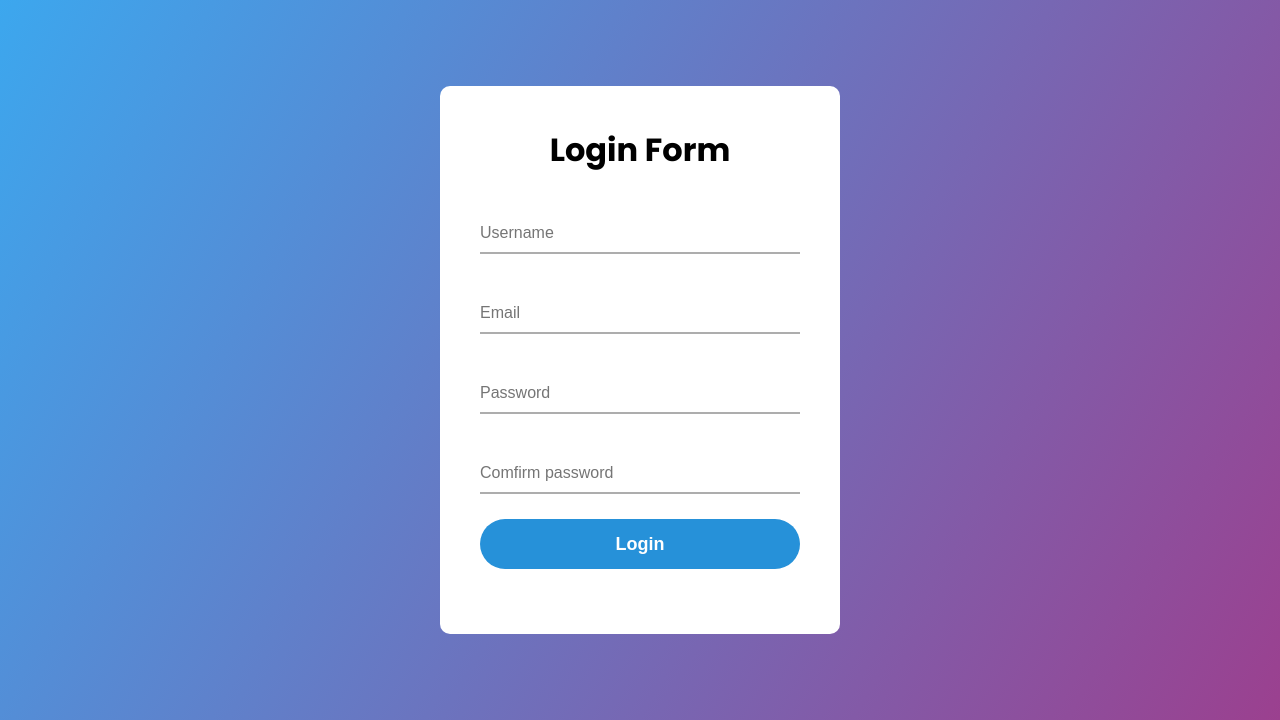
Repository: QUANGTHAI2003/Form-Validation
Page: index.html
An editor plug-in stored every save of this project. The page is shown before and after the next save, followed by the edit.
The browser window is 1280 px wide. The pictures show the whole page.

Above is the page before, as saved 2022-03-13 14:31:36.

After the next save:
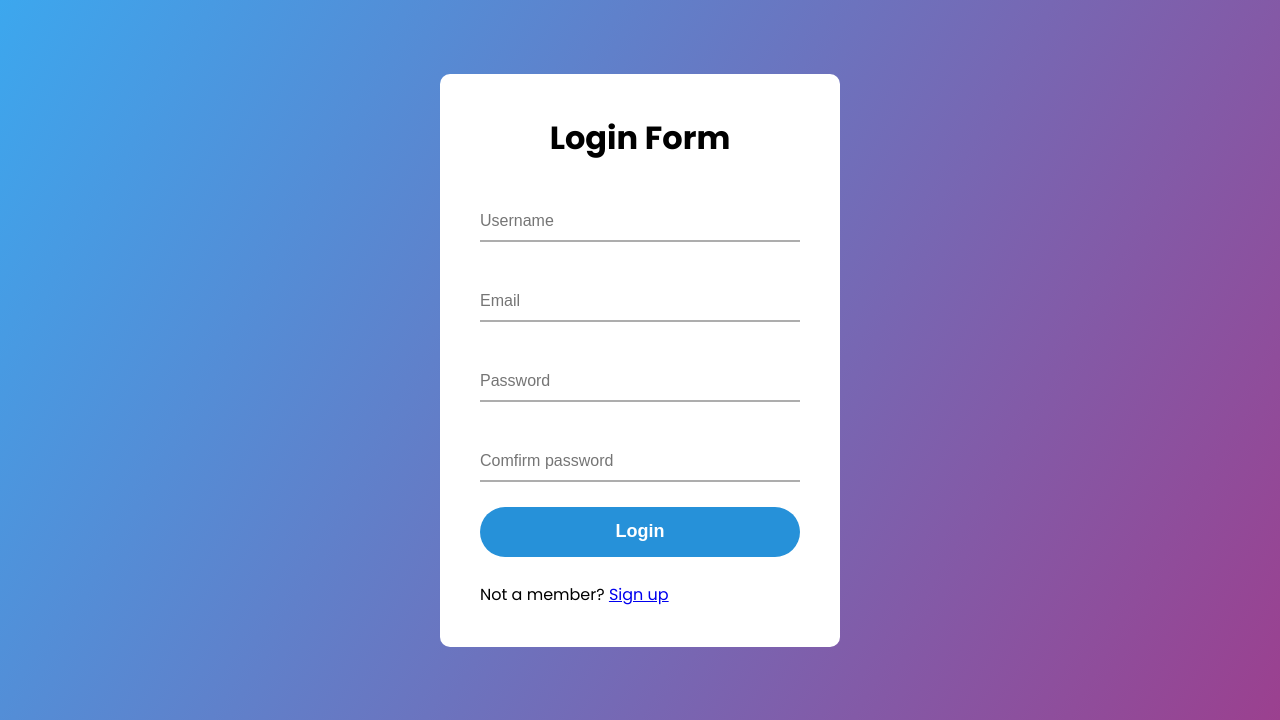
Saved 76 s later.
--- a/index.html
+++ b/index.html
@@ -31,6 +31,7 @@
                 <span></span>
             </div>
             <button type="submit" class="btn-submit">Login</button>
+            <div class="signup-link">Not a member? <a href="#">Sign up</a></div>
         </div>
         <script src="./app.js"></script>
     </body>
